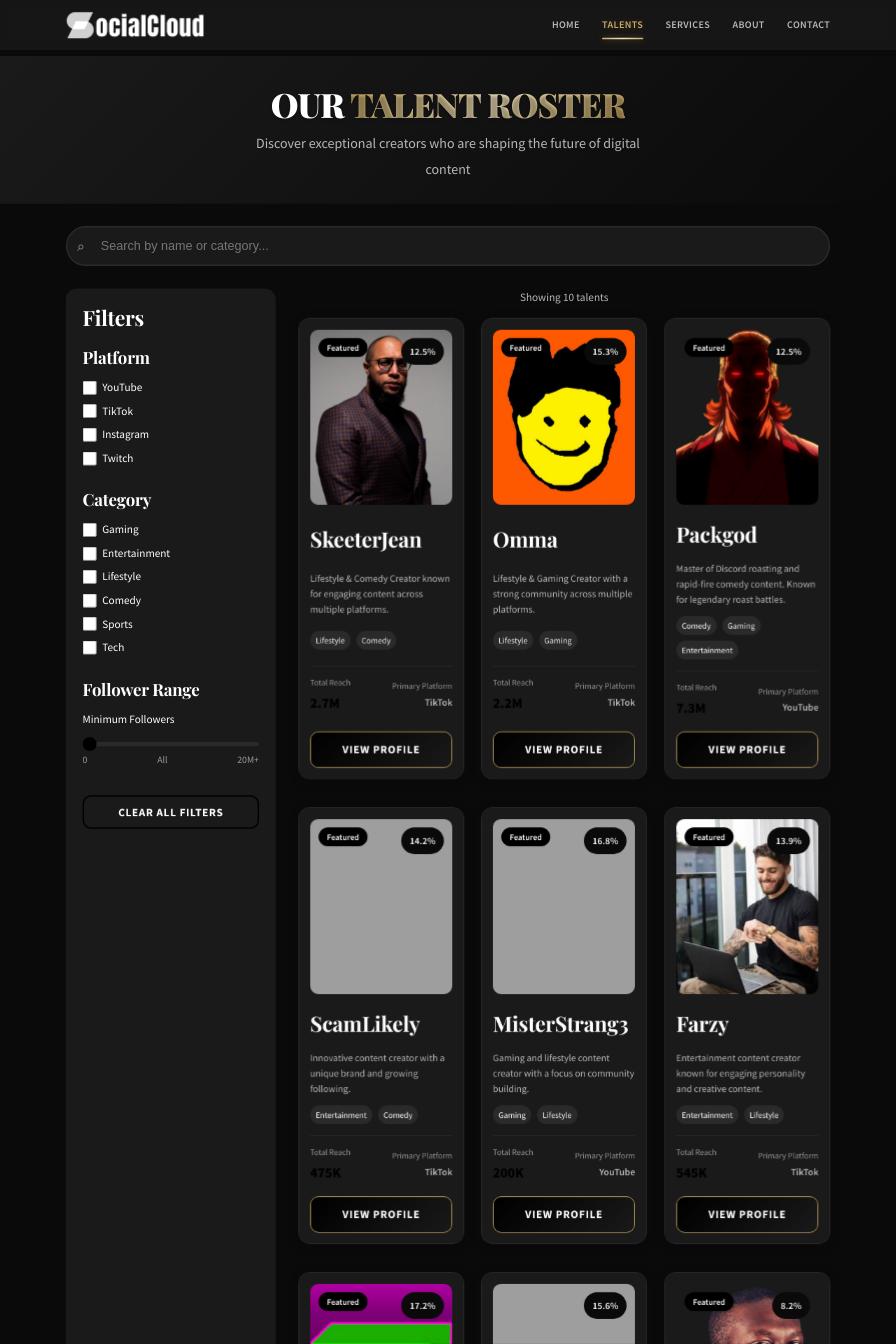
Repository: haydnphilipdesign/socialcloud-mvp
Page: talents.html
An editor plug-in stored every save of this project. The page is shown before and after the next save, followed by the edit.
The browser window is 1280 px wide. The pictures show the part of the page from y = 0 to 1920 px (the page is 4214 px tall before and 4178 px after), at 70% of full size.
Pictures or frames that could not be fetched are drawn as grey boxes.

Above is the page before, as saved 2025-07-02 15:34:41.
Console error: SyntaxError: Identifier 'officialTalents' has already been declared

### talents.html
<!DOCTYPE html>
<html lang="en">

<head>
    <meta charset="UTF-8">
    <meta http-equiv="X-UA-Compatible" content="IE=edge">
    <meta name="viewport" content="width=device-width, initial-scale=1.0">
    <title>Our Talents | SocialCloud Management</title>
    <meta name="description" content="Browse our complete roster of content creators and influencers across gaming, lifestyle, and entertainment.">

    <!-- Favicon -->
    <link rel="icon" type="image/png" href="/socialcloud-logo.png">

    <!-- Performance optimizations -->
    <link rel="preload" href="assets/css/styles.css" as="style">
    <link rel="preload" href="assets/js/talents-roster.js" as="script">
    <link rel="preload" href="assets/js/talents-data.js" as="script">
    <link rel="dns-prefetch" href="//fonts.googleapis.com">
    <link rel="preconnect" href="//fonts.gstatic.com" crossorigin>

    <!-- CSS -->
    <link rel="stylesheet" href="assets/css/styles.css">
    <style>
        /* Additional styles for filters */

        .filter-section {
            background: var(--color-bg-secondary);
            border-radius: var(--radius-xl);
            padding: var(--spacing-6);
            margin-bottom: var(--spacing-8);
        }

        .filter-group {
            margin-bottom: var(--spacing-6);
        }

        .filter-group:last-child {
            margin-bottom: 0;
        }

        .filter-checkbox {
            display: flex;
            align-items: center;
            gap: var(--spacing-2);
            margin-bottom: var(--spacing-2);
            cursor: pointer;
        }

        .filter-checkbox input {
            width: 20px;
            height: 20px;
            cursor: pointer;
        }

        .range-slider {
            width: 100%;
            height: 6px;
            background: var(--color-bg-accent);
            border-radius: var(--radius-full);
            outline: none;
            -webkit-appearance: none;
        }

        .range-slider::-webkit-slider-thumb {
            -webkit-appearance: none;
            width: 20px;
            height: 20px;
            background: var(--color-brand-primary);
            border-radius: 50%;
            cursor: pointer;
        }

        .search-bar {
            position: relative;
            margin-bottom: var(--spacing-8);
        }

        .search-bar input {
            width: 100%;
            padding: var(--spacing-4) var(--spacing-12);
            background: var(--color-bg-secondary);
            border: 2px solid var(--color-bg-accent);
            border-radius: var(--radius-full);
            color: var(--color-text-primary);
            font-size: var(--text-lg);
            transition: all var(--transition-base);
        }

        .search-bar input:focus {
            border-color: var(--color-brand-primary);
            background: var(--color-bg-primary);
        }

        .search-bar .search-icon {
            position: absolute;
            left: var(--spacing-4);
            top: 50%;
            transform: translateY(-50%);
            font-size: var(--text-xl);
        }

        .talent-count {
            text-align: center;
            margin-bottom: var(--spacing-4);
            color: var(--color-text-secondary);
        }

        .no-results {
            text-align: center;
            padding: var(--spacing-20) 0;
        }
        /* Responsive filter layout */

        .filters-layout {
            grid-template-columns: 300px 1fr;
            gap: var(--spacing-8);
        }

        @media (max-width: 768px) {
            .filters-layout {
                grid-template-columns: 1fr;
                gap: var(--spacing-4);
            }
            .filter-section {
                order: 2;
                margin-bottom: var(--spacing-4);
            }
            .talents-main {
                order: 1;
            }
        }

        @media (max-width: 640px) {
            .filter-section {
                padding: var(--spacing-4);
            }
            .search-bar {
                margin-bottom: var(--spacing-4);
            }
            color: var(--color-text-muted);
        }
    </style>
</head>

<body>
    <!-- Header Navigation -->
    <header style="background: rgba(26, 26, 26, 0.8); backdrop-filter: blur(10px); position: fixed; width: 100%; top: 0; z-index: 1000;">
        <div class="container" style="padding: var(--spacing-4) var(--spacing-6);">
            <div class="flex justify-between items-center">
                <a href="index.html" class="flex items-center">
                    <img src="/socialcloud-logo.png" alt="SocialCloud Management" style="height: 40px; width: auto;">
                </a>

                <!-- Desktop Navigation -->
                <nav class="desktop-nav flex gap-8">
                    <a href="index.html" class="nav-link">Home</a>
                    <a href="talents.html" class="nav-link active">Talents</a>
                    <a href="index.html#services" class="nav-link">Services</a>
                    <a href="about.html" class="nav-link">About</a>
                    <a href="contact.html" class="nav-link">Contact</a>
                </nav>

                <!-- Mobile Menu Button -->
                <button class="mobile-menu-btn" onclick="toggleMobileMenu()" style="display: none; background: none; border: none; color: var(--color-text-primary); font-size: 1.5rem; cursor: pointer;" aria-label="Toggle mobile menu">
                    <span style="display: inline-block; width: 20px; height: 2px; background: currentColor; position: relative;"></span>
                </button>
            </div>

            <!-- Mobile Navigation -->
            <div id="mobile-menu" class="mobile-menu" style="display: none;">
                <ul style="list-style: none; padding: var(--spacing-4) 0; border-top: 1px solid var(--color-bg-accent); margin-top: var(--spacing-4); display: flex; flex-direction: column;">
                    <li style="margin-bottom: var(--spacing-3);"><a href="index.html" class="nav-link" style="color: var(--color-text-secondary); font-weight: 500; display: block; padding: var(--spacing-2) 0;">Home</a></li>
                    <li style="margin-bottom: var(--spacing-3);"><a href="talents.html" class="nav-link active" style="color: var(--color-text-primary); font-weight: 500; display: block; padding: var(--spacing-2) 0;">Talents</a></li>
                    <li style="margin-bottom: var(--spacing-3);"><a href="index.html#services" class="nav-link" style="color: var(--color-text-secondary); font-weight: 500; display: block; padding: var(--spacing-2) 0;">Services</a></li>
                    <li style="margin-bottom: var(--spacing-3);"><a href="about.html" class="nav-link" style="color: var(--color-text-secondary); font-weight: 500; display: block; padding: var(--spacing-2) 0;">About</a></li>
                    <li><a href="contact.html" class="nav-link" style="color: var(--color-text-secondary); font-weight: 500; display: block; padding: var(--spacing-2) 0;">Contact</a></li>
                </ul>
            </div>
        </div>
    </header>

    <!-- Hero Section -->
    <section class="section" style="margin-top: 80px; padding-top: var(--spacing-12); padding-bottom: var(--spacing-8); background: linear-gradient(135deg, var(--color-bg-secondary) 0%, var(--color-bg-primary) 100%);">
        <div class="container text-center">
            <h1 class="mb-4">Our <span class="text-gradient">Talent Roster</span></h1>
            <p style="font-size: var(--text-xl); max-width: 600px; margin: 0 auto;">
                Discover exceptional creators who are shaping the future of digital content
            </p>
        </div>
    </section>

    <!-- Search and Filters Section -->
    <section class="section" style="padding-top: 0;">
        <div class="container">
            <!-- Search Bar -->
            <div class="search-bar">
                <span class="search-icon" style="color: var(--color-text-muted);">⌕</span>
                <input type="text" id="talent-search" placeholder="Search by name or category..." onkeyup="searchTalents()">
            </div>

            <div class="grid filters-layout">
                <!-- Filters Sidebar -->
                <aside class="filter-section">
                    <h3 class="mb-6">Filters</h3>

                    <!-- Platform Filter -->
                    <div class="filter-group">
                        <h4 class="mb-4">Platform</h4>
                        <label class="filter-checkbox">
                            <input type="checkbox" value="YouTube" onchange="applyFilters()">
                            <span>YouTube</span>
                        </label>
                        <label class="filter-checkbox">
                            <input type="checkbox" value="TikTok" onchange="applyFilters()">
                            <span>TikTok</span>
                        </label>
                        <label class="filter-checkbox">
                            <input type="checkbox" value="Instagram" onchange="applyFilters()">
                            <span>Instagram</span>
                        </label>
                        <label class="filter-checkbox">
                            <input type="checkbox" value="Twitch" onchange="applyFilters()">
                            <span>Twitch</span>
                        </label>
                    </div>

                    <!-- Category Filter -->
                    <div class="filter-group">
                        <h4 class="mb-4">Category</h4>
                        <label class="filter-checkbox">
                            <input type="checkbox" value="Gaming" onchange="applyFilters()">
                            <span>Gaming</span>
                        </label>
                        <label class="filter-checkbox">
                            <input type="checkbox" value="Entertainment" onchange="applyFilters()">
                            <span>Entertainment</span>
                        </label>
                        <label class="filter-checkbox">
                            <input type="checkbox" value="Lifestyle" onchange="applyFilters()">
                            <span>Lifestyle</span>
                        </label>
                        <label class="filter-checkbox">
                            <input type="checkbox" value="Comedy" onchange="applyFilters()">
                            <span>Comedy</span>
                        </label>
                        <label class="filter-checkbox">
                            <input type="checkbox" value="Sports" onchange="applyFilters()">
                            <span>Sports</span>
                        </label>
                        <label class="filter-checkbox">
                            <input type="checkbox" value="Tech" onchange="applyFilters()">
                            <span>Tech</span>
                        </label>
                    </div>

                    <!-- Follower Range Filter -->
                    <div class="filter-group">
                        <h4 class="mb-4">Follower Range</h4>
                        <div class="mb-4">
                            <label style="display: block; margin-bottom: var(--spacing-2);">Minimum Followers</label>
                            <input type="range" class="range-slider" id="follower-range" min="0" max="20000000" step="100000" value="0" onchange="applyFilters()">
                            <div class="flex justify-between" style="font-size: var(--text-sm); color: var(--color-text-muted);">
                                <span>0</span>
                                <span id="follower-value">All</span>
                                <span>20M+</span>
                            </div>
                        </div>
                    </div>

                    <!-- Clear Filters -->
                    <button class="btn btn-secondary" style="width: 100%;" onclick="clearFilters()">Clear All Filters</button>
                </aside>

                <!-- Talent Grid -->
                <main class="talents-main">
                    <div class="talent-count" id="talent-count">
                        Showing all talents
                    </div>

                    <div class="grid grid-cols-3 gap-6" id="talents-grid">
                        <!-- Talent cards will be dynamically inserted here -->
                    </div>

                    <div class="no-results" id="no-results" style="display: none;">
                        <h3 class="mb-4">No talents found</h3>
                        <p>Try adjusting your filters or search terms</p>
                    </div>
                </main>
            </div>
        </div>
    </section>

    <!-- Join Roster CTA Section -->
    <section class="section" style="background: var(--color-bg-secondary);">
        <div class="container">
            <div class="gradient-border" style="max-width: 800px; margin: 0 auto;">
                <div style="padding: var(--spacing-12); text-align: center;">
                    <h2 class="mb-4">Are You a <span class="text-gradient">Content Creator?</span></h2>
                    <p class="mb-8" style="font-size: var(--text-xl);">
                        Join our exclusive roster and take your career to the next level
                    </p>
                    <div class="grid grid-cols-3 gap-8 mb-8" style="max-width: 600px; margin: 0 auto;">
                        <div>
                            <h3 class="text-gradient mb-2">Expert Management</h3>
                            <p style="font-size: var(--text-sm);">Professional guidance and support</p>
                        </div>
                        <div>
                            <h3 class="text-gradient mb-2">Brand Partnerships</h3>
                            <p style="font-size: var(--text-sm);">Access to premium campaigns</p>
                        </div>
                        <div>
                            <h3 class="text-gradient mb-2">Career Growth</h3>
                            <p style="font-size: var(--text-sm);">Strategic development planning</p>
                        </div>
                    </div>
                    <a href="index.html#contact" class="btn btn-gradient" style="font-size: var(--text-lg); padding: var(--spacing-4) var(--spacing-8);">
                        Apply to Join
                    </a>
                </div>
            </div>
        </div>
    </section>

    <!-- Footer -->
    <footer style="background: var(--color-bg-secondary); padding: var(--spacing-12) 0; border-top: 1px solid var(--color-bg-accent);">
        <div class="container">
            <div class="text-center">
                <p style="font-size: var(--text-sm); color: var(--color-text-muted);">
                    © 2025 SocialCloud Management. All rights reserved. |
                    <a href="#" style="color: var(--color-text-muted);">Privacy Policy</a> |
                    <a href="#" style="color: var(--color-text-muted);">Terms of Service</a>
                </p>
                <p style="font-size: var(--text-sm); color: var(--color-text-muted); margin-top: var(--spacing-2);">
                    Developed by <a href="https://multimedium.dev" target="_blank" rel="noopener" style="color: var(--color-brand-primary);">multimedium.dev</a>
                </p>
            </div>
        </div>
    </footer>

    <!-- JavaScript -->
    <script src="assets/js/talents-data.js"></script>
    <script src="assets/js/talents-roster.js"></script>
    <script src="assets/js/mobile-effects.js"></script>

    <script>
        // Mobile menu functionality
        function toggleMobileMenu() {
            const mobileMenu = document.getElementById('mobile-menu');
            const menuBtn = document.querySelector('.mobile-menu-btn');

            if (mobileMenu.style.display === 'none' || mobileMenu.style.display === '') {
                mobileMenu.style.display = 'block';
                menuBtn.innerHTML = '<span style="display: inline-block; width: 20px; height: 2px; background: currentColor; position: relative; transform: rotate(45deg);"></span>';
            } else {
                mobileMenu.style.display = 'none';
                menuBtn.innerHTML = '<span style="display: inline-block; width: 20px; height: 2px; background: currentColor; position: relative;"></span>';
            }
        }

        // Close mobile menu when clicking on a link
        document.addEventListener('DOMContentLoaded', function() {
            const mobileMenuLinks = document.querySelectorAll('#mobile-menu a');
            mobileMenuLinks.forEach(link => {
                link.addEventListener('click', function() {
                    const mobileMenu = document.getElementById('mobile-menu');
                    const menuBtn = document.querySelector('.mobile-menu-btn');
                    mobileMenu.style.display = 'none';
                    menuBtn.innerHTML = '<span style="display: inline-block; width: 20px; height: 2px; background: currentColor; position: relative;"></span>';
                });
            });
        });
    </script>
</body>

</html>

Loaded but not shown: assets/js/mobile-effects.js (333 lines, source omitted); assets/js/talents-roster.js (282 lines, source omitted); assets/js/talents-data.js (174 lines, source omitted); assets/css/styles.css (2639 lines, source omitted)

After the next save:
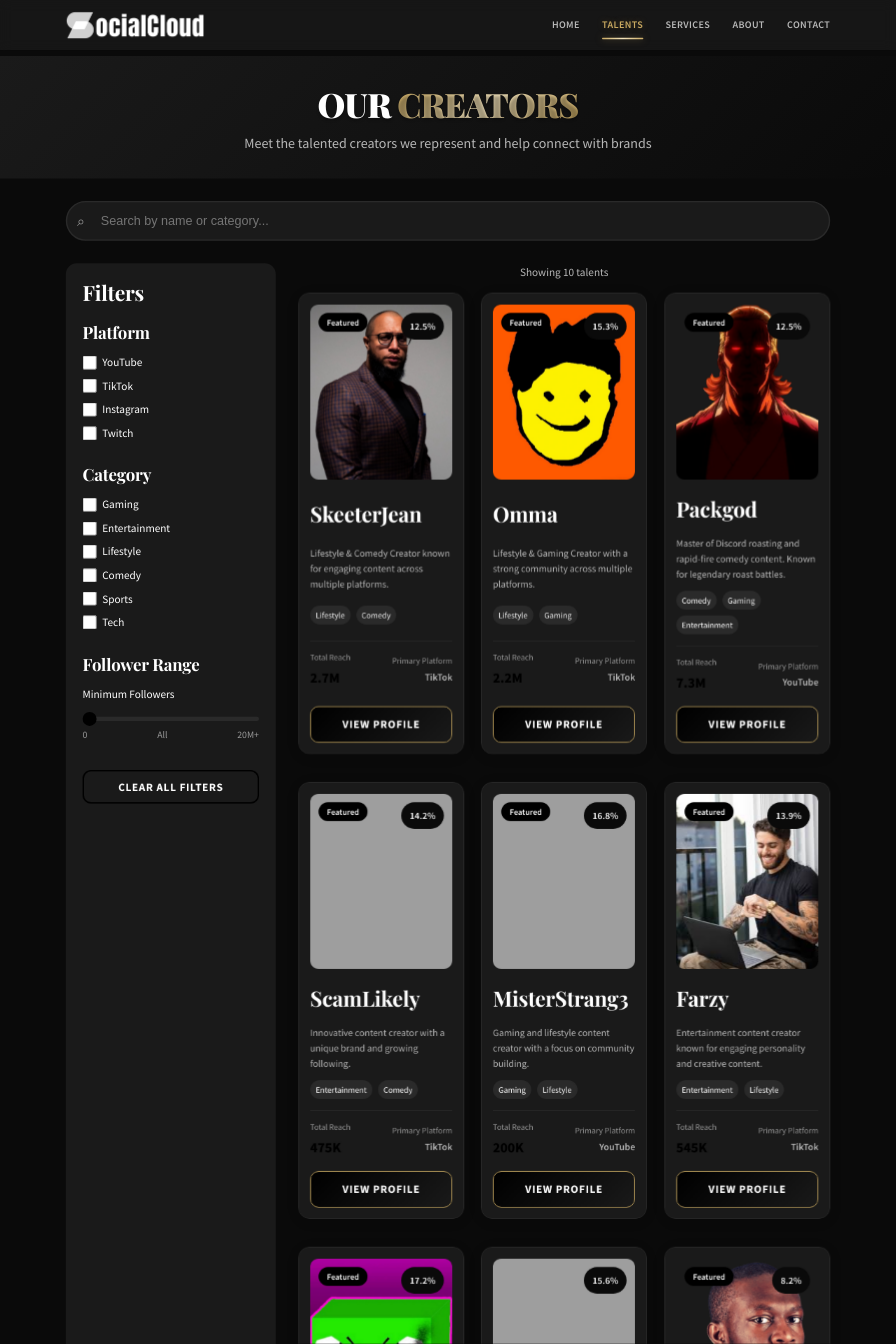
Saved 14 s later.
--- a/talents.html
+++ b/talents.html
@@ -5,8 +5,8 @@
     <meta charset="UTF-8">
     <meta http-equiv="X-UA-Compatible" content="IE=edge">
     <meta name="viewport" content="width=device-width, initial-scale=1.0">
-    <title>Our Talents | SocialCloud Management</title>
-    <meta name="description" content="Browse our complete roster of content creators and influencers across gaming, lifestyle, and entertainment.">
+    <title>Our Creators | SocialCloud Management</title>
+    <meta name="description" content="Meet the talented creators we represent across gaming, lifestyle, and entertainment.">
 
     <!-- Favicon -->
     <link rel="icon" type="image/png" href="/socialcloud-logo.png">
@@ -182,9 +182,9 @@
     <!-- Hero Section -->
     <section class="section" style="margin-top: 80px; padding-top: var(--spacing-12); padding-bottom: var(--spacing-8); background: linear-gradient(135deg, var(--color-bg-secondary) 0%, var(--color-bg-primary) 100%);">
         <div class="container text-center">
-            <h1 class="mb-4">Our <span class="text-gradient">Talent Roster</span></h1>
+            <h1 class="mb-4">Our <span class="text-gradient">Creators</span></h1>
             <p style="font-size: var(--text-xl); max-width: 600px; margin: 0 auto;">
-                Discover exceptional creators who are shaping the future of digital content
+                Meet the talented creators we represent and help connect with brands
             </p>
         </div>
     </section>
